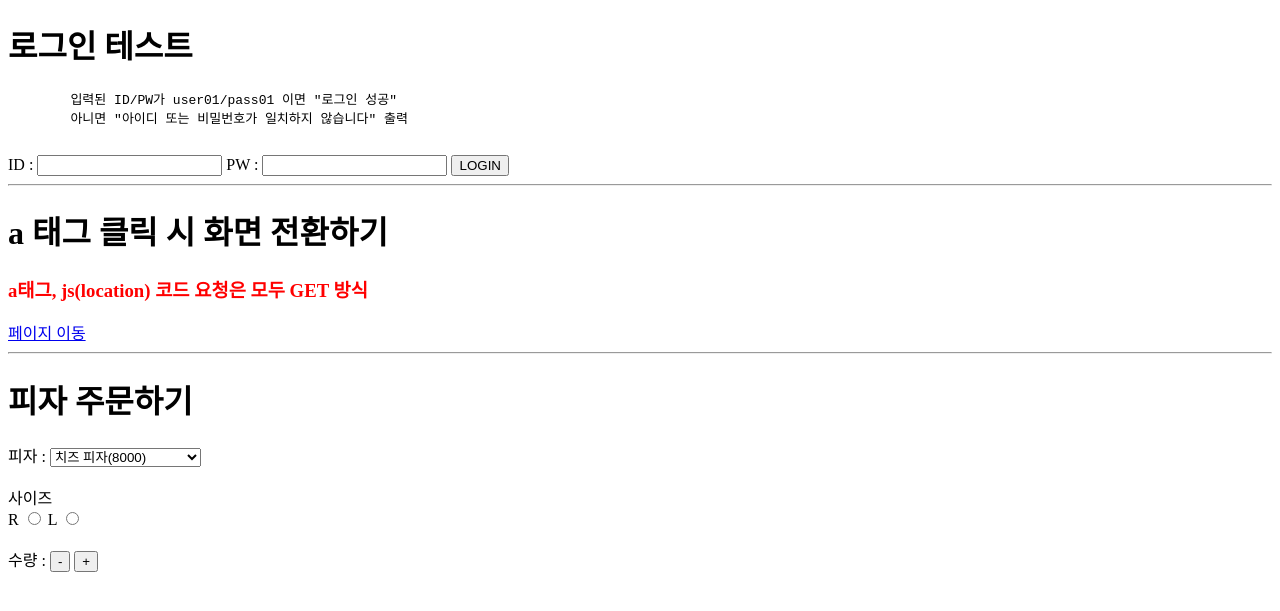
Repository: seungjoo1217/05_Server
Page: JSPProject1/src/main/webapp/index.html
The author's editor kept a copy of each file at every save. The page is drawn from the files as they stood at one save, then again after the next save.
The browser window is 1280 px wide. The pictures show the whole page.

Above is the page before, as saved 2024-03-22 01:41:28.

After the next save:
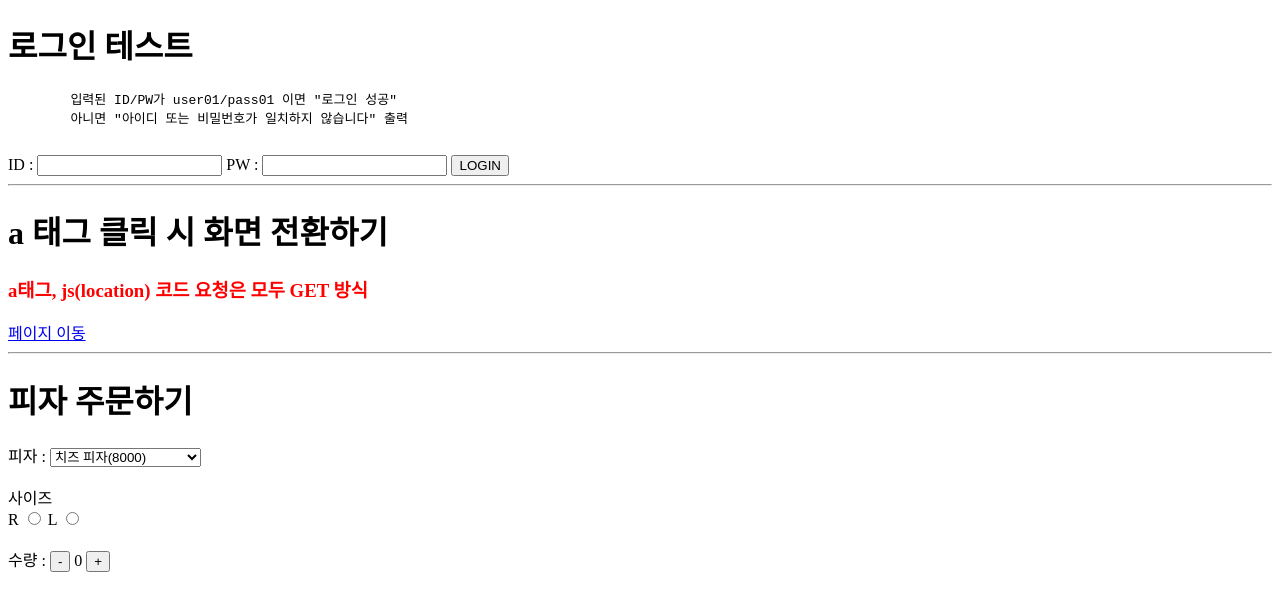
Saved 29 s later.
--- a/JSPProject1/src/main/webapp/index.html
+++ b/JSPProject1/src/main/webapp/index.html
@@ -55,6 +55,7 @@
 
 		수량 :
 		<button id="minus" type="button">-</button>
+		<span id="amount">0</span>
 		<button id="plus" type="button">+</button>
 	</form>
 
